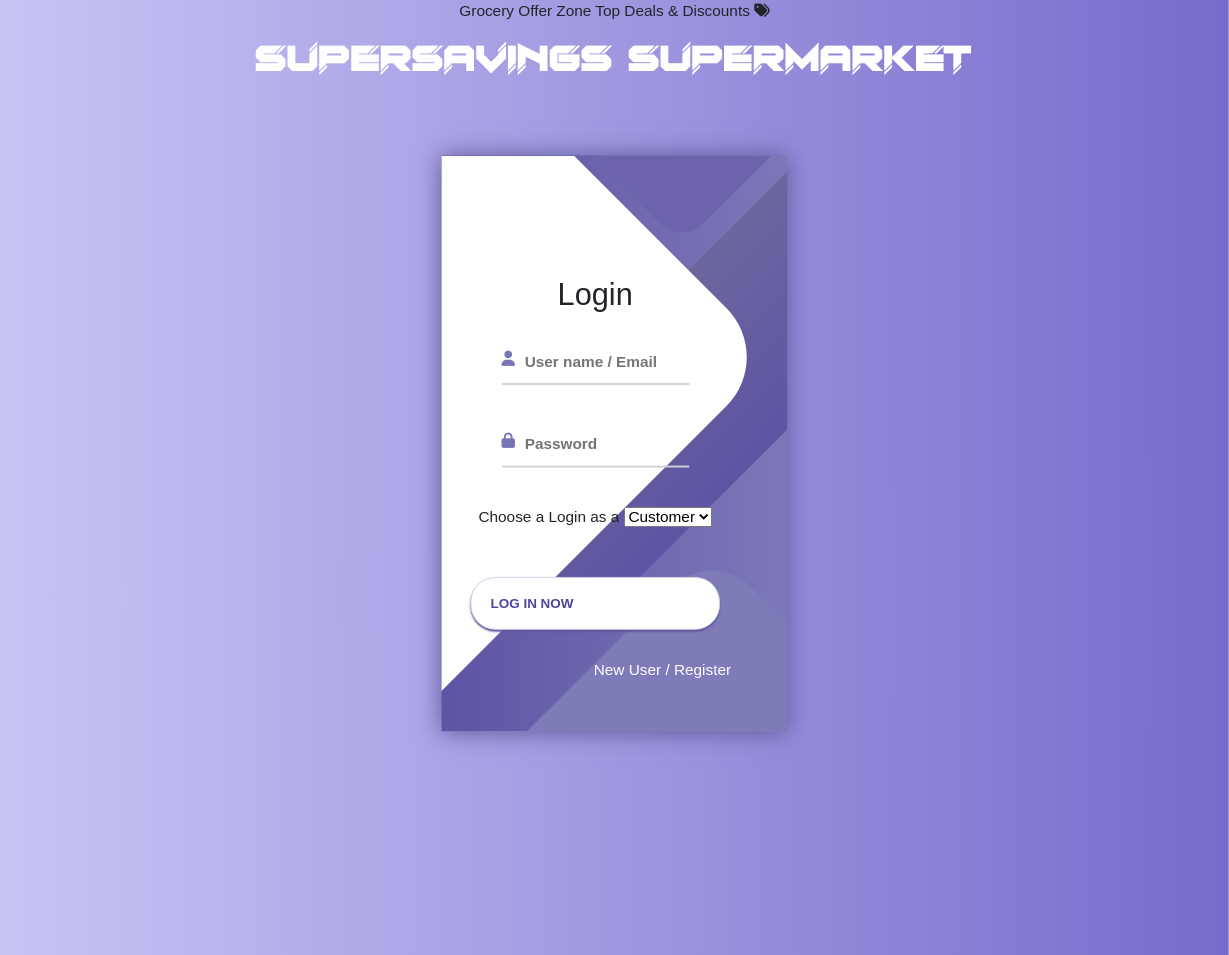
Repository: Raviraj39/SuperSaving-Online-Supermarket-Website
Page: http://localhost/Super_market/Login.jsp
These files come from the project's save history. The page is drawn as it stood at one moment and after the next save; the edit follows.
The browser window is 1280 px wide. The pictures show the whole page, at 96% of full size.
Some web fonts or font styles are not loaded; a fallback is used. The page is served by Tomcat 9. Other server files are loaded and not shown.

Above is the page before, as saved 2023-12-26 11:54:52.

### Super_market/src/main/webapp/Login.jsp
<%@ page language="java" contentType="text/html; charset=ISO-8859-1" pageEncoding="ISO-8859-1" %>
	<!DOCTYPE html>
	<html>
	<head>
		<meta charset="ISO-8859-1">
		<title>SuperSaving Supermarket</title>
		<link rel="stylesheet" href="./css/login.css">
		<link rel="stylesheet" href="https://cdnjs.cloudflare.com/ajax/libs/font-awesome/6.5.1/css/all.min.css" integrity="sha512-DTOQO9RWCH3ppGqcWaEA1BIZOC6xxalwEsw9c2QQeAIftl+Vegovlnee1c9QX4TctnWMn13TZye+giMm8e2LwA==" crossorigin="anonymous" referrerpolicy="no-referrer" />
		<link href="https://cdn.jsdelivr.net/npm/bootstrap@5.2.3/dist/css/bootstrap.min.css" rel="stylesheet"
		integrity="sha384-rbsA2VBKQhggwzxH7pPCaAqO46MgnOM80zW1RWuH61DGLwZJEdK2Kadq2F9CUG65" crossorigin="anonymous">
	</head>
	<body>

	<div class="text-center topbar ">
		<p>Grocery Offer Zone Top Deals & Discounts <i class="fa-solid fa-tags"></i></p>
	</div>
	<div class="text-center ">
		<h2 class="fonts">SuperSavings Supermarket </h2>
	</div>






		<div class="container">
			<div class="screen">
				<div class="screen__content">

					<form class="login" action="Servlet1" method="post">
						<div>
						<h2>Login</h2>
						</div>
						<div class="login__field">
							<i class="login__icon fas fa-user"></i>
							<input type="text" class="login__input" name="username" placeholder="User name / Email">
						</div>
						<div class="login__field">
							<i class="login__icon fas fa-lock"></i>
							<input type="password" class="login__input" name="password" placeholder="Password">
						</div>
						<div class="login__field">
							<label for="loginas">Choose a Login as a</label>

							<select name="loginas" id="loginas">
							  <option value="customer">Customer</option>
							  <option value="admin">Admin</option>
							  </select>
						</div>

						<button class="button login__submit" type="submit">
							<span class="button__text" >Log In Now</span>
						</button>

					</form>
					<%
					String msg=request.getParameter("msg");

					if("done".equals(msg)){
				%>

				<p class="alert">login successfully!!!</p>

				<% }%>
				<%
				if("wrong".equals(msg)){
				%>

			<p class="alert">Some thing went wrong! Try Again!</p>

				<% }%>
					<div class="social-login">
						<p><a href="./Register.jsp">New User / Register</a> </p>
					</div>
				</div>
				<div class="screen__background">
					<span class="screen__background__shape screen__background__shape4"></span>
					<span class="screen__background__shape screen__background__shape3"></span>
					<span class="screen__background__shape screen__background__shape2"></span>
					<span class="screen__background__shape screen__background__shape1"></span>
				</div>
			</div>
		</div>
		<script src="https://cdn.jsdelivr.net/npm/@popperjs/core@2.11.6/dist/umd/popper.min.js"
		integrity="sha384-oBqDVmMz9ATKxIep9tiCxS/Z9fNfEXiDAYTujMAeBAsjFuCZSmKbSSUnQlmh/jp3"
		crossorigin="anonymous"></script>
	<script src="https://cdn.jsdelivr.net/npm/bootstrap@5.2.3/dist/js/bootstrap.min.js"
		integrity="sha384-cuYeSxntonz0PPNlHhBs68uyIAVpIIOZZ5JqeqvYYIcEL727kskC66kF92t6Xl2V"
		crossorigin="anonymous"></script>

	</body>
	</html>

### Super_market/src/main/webapp/css/login.css
@import url('https://fonts.googleapis.com/css?family=Raleway:400,700');

* {
	box-sizing: border-box;
	margin: 0;
	padding: 0;
	font-family: Raleway, sans-serif;
}



@font-face {
	font-family: fonts;
	src: url(../fonts/moto-verse.otf);
}
body {
	background: linear-gradient(90deg, #C7C5F4, #776BCC);
}




.container {
	display: flex;
	justify-content:center;
	flex-direction: row;
	margin:20px auto;
	text-align: center;
	width: 100%;
	min-height: 100vh;
}
.fonts{
	font-size: 2em;
	font-weight: 700;
	color: #fff;
	font-family: fonts;
	margin-top: 20px;
}
.container {
	display: flex;
	align-items: center;
	justify-content: center;
	min-height: 100vh;
}

.screen {
	background: linear-gradient(90deg, #5D54A4, #7C78B8);
	position: relative;
	height: 600px;
	width: 360px;
	box-shadow: 0px 0px 24px #5C5696;
}

.screen__content {
	z-index: 1;
	position: relative;
	height: 100%;
}

.screen__background {
	position: absolute;
	top: 0;
	left: 0;
	right: 0;
	bottom: 0;
	z-index: 0;
	-webkit-clip-path: inset(0 0 0 0);
	clip-path: inset(0 0 0 0);
}

.screen__background__shape {
	transform: rotate(45deg);
	position: absolute;
}

.screen__background__shape1 {
	height: 520px;
	width: 520px;
	background: #FFF;
	top: -50px;
	right: 120px;
	border-radius: 0 72px 0 0;
}

.screen__background__shape2 {
	height: 220px;
	width: 220px;
	background: #6C63AC;
	top: -172px;
	right: 0;
	border-radius: 32px;
}

.screen__background__shape3 {
	height: 540px;
	width: 190px;
	background: linear-gradient(270deg, #5D54A4, #6A679E);
	top: -24px;
	right: 0;
	border-radius: 32px;
}

.screen__background__shape4 {
	height: 400px;
	width: 200px;
	background: #7E7BB9;
	top: 420px;
	right: 50px;
	border-radius: 60px;
}

.login {
	width: 320px;
	padding: 30px;
	padding-top: 126px;

}

.login__field {
	padding: 20px 0px;
	position: relative;
}

.login__icon {
	position: absolute;
	top: 30px;
	color: #7875B5;
}

.login__input {
	border: none;
	border-bottom: 2px solid #D1D1D4;
	background: none;
	padding: 10px;
	padding-left: 24px;
	font-weight: 700;
	width: 75%;
	transition: .2s;
}

.login__input:active,
.login__input:focus,
.login__input:hover {
	outline: none;
	border-bottom-color: #6A679E;
}

.login__submit {
	background: #fff;
	font-size: 14px;
	margin-top: 30px;
	padding: 16px 20px;
	border-radius: 26px;
	border: 1px solid #D4D3E8;
	text-transform: uppercase;
	font-weight: 700;
	display: flex;
	align-items: center;
	width: 100%;
	color: #4C489D;
	box-shadow: 0px 2px 2px #5C5696;
	cursor: pointer;
	transition: .2s;
}

.login__submit:active,
.login__submit:focus,
.login__submit:hover {
	border-color: #6A679E;
	outline: none;
}

.button__icon {
	font-size: 24px;
	margin-left: auto;
	color: #7875B5;
}

.social-login {
	text-align: center;
	margin-left: 100px;
	color: #fff;
}

.social-login p a{
	text-decoration:none;
	color: #fff;

}

After the next save:
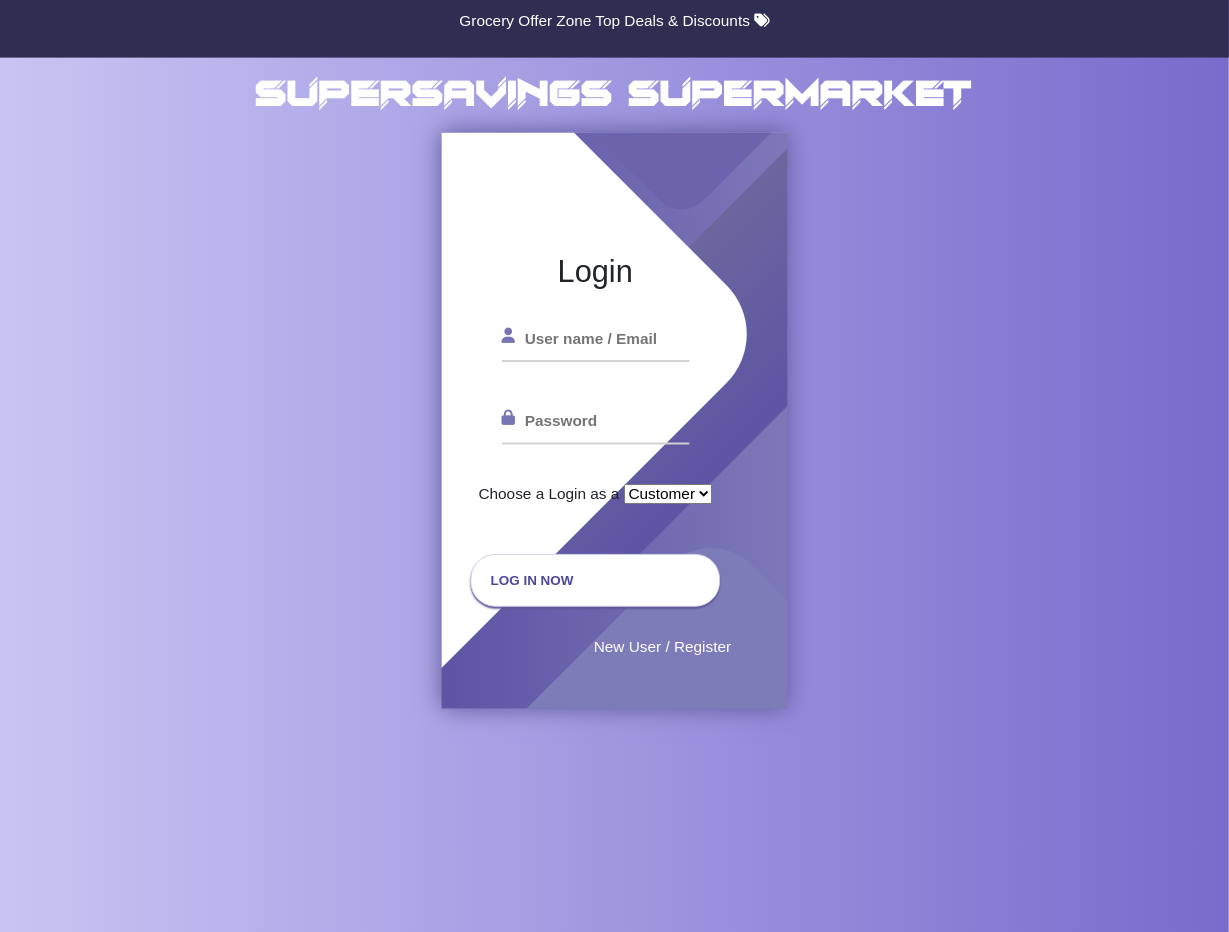
Saved 2 min 6 s later.
--- a/Super_market/src/main/webapp/css/login.css
+++ b/Super_market/src/main/webapp/css/login.css
@@ -36,11 +36,11 @@ body {
 	font-family: fonts;
 	margin-top: 20px;
 }
-.container {
-	display: flex;
-	align-items: center;
-	justify-content: center;
-	min-height: 100vh;
+.topbar{
+	padding: 10px 0px;
+	background-color: #2e2d52;
+	color: #fff;
+
 }
 
 .screen {
